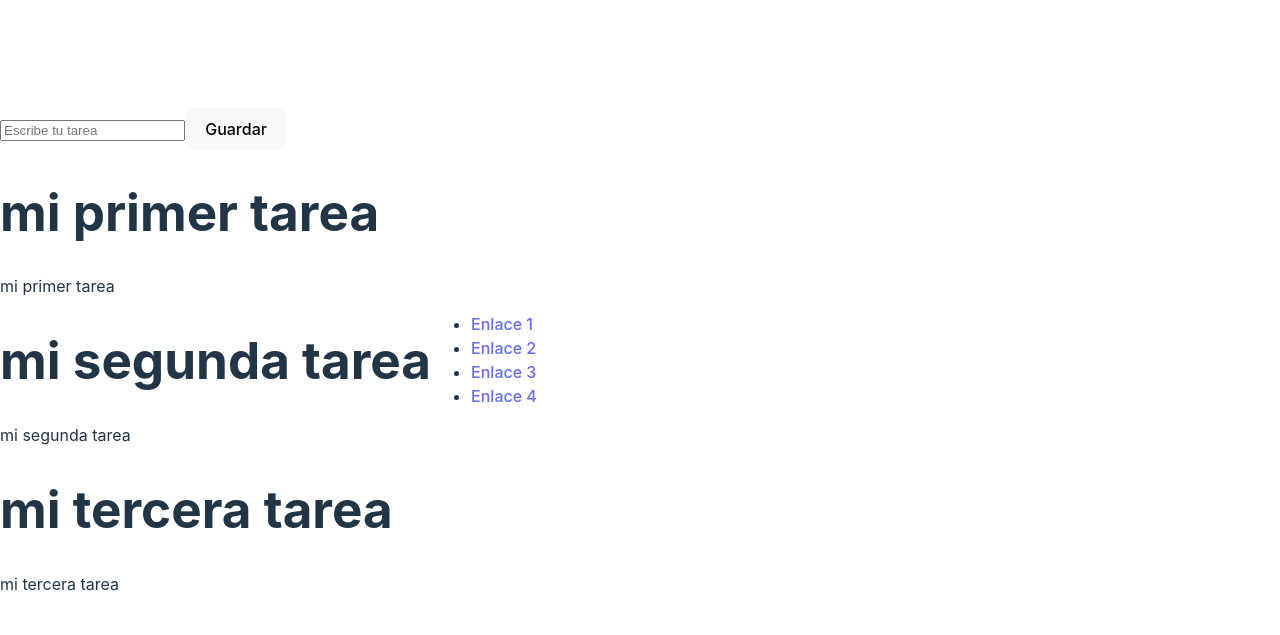
Repository: Ciromontes/AgendaTuTarea
Page: /
An editor plug-in stored every save of this project. The page is shown before and after the next save, followed by the edit.
The browser window is 1280 px wide. The pictures show the whole page.
The project was rebuilt for these pictures with package versions that can differ from the ones it lists, and the page was loaded fresh each time. Also part of the build but not shown: vite.config.js.

Above is the page before, as saved 2023-09-18 15:50:33.

After the next save:
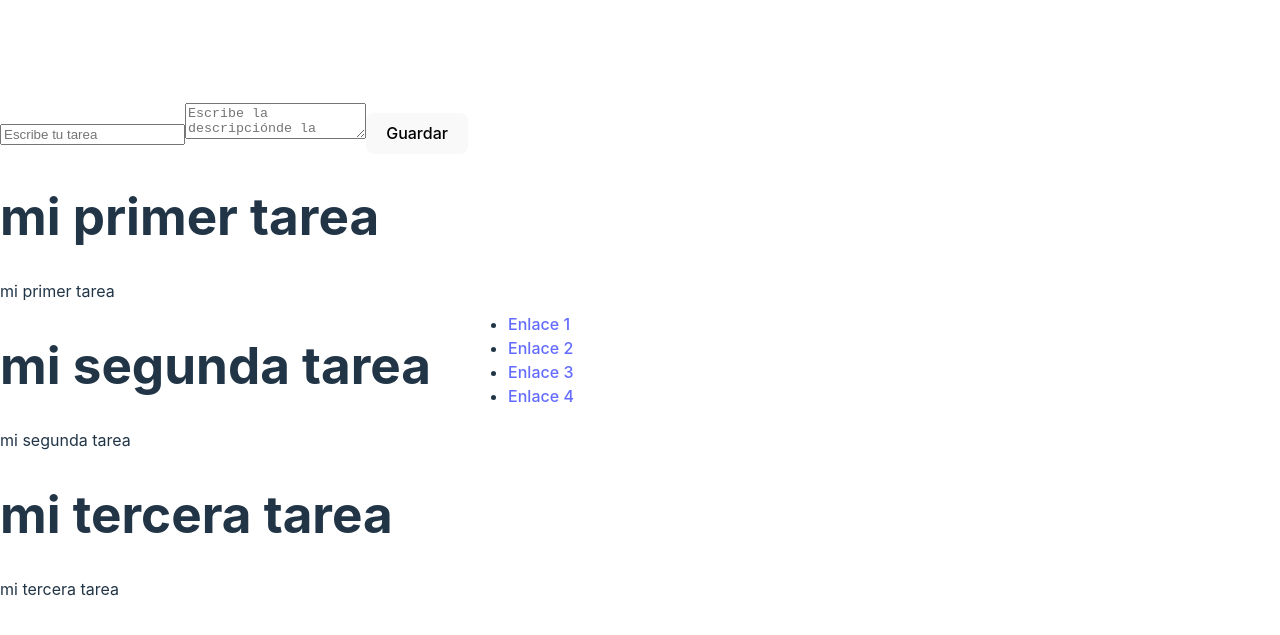
Saved 10 min 8 s later.
--- a/src/TaskForm.jsx
+++ b/src/TaskForm.jsx
@@ -16,6 +16,7 @@ function TaskForm({createTask}) {
             placeholder="Escribe tu tarea"
             onChange={(e) => setTitle(e.target.value)}
             />
+            <textarea placeholder="Escribe la descripciónde la tarea"></textarea>
             <button>
                 Guardar
             </button>
